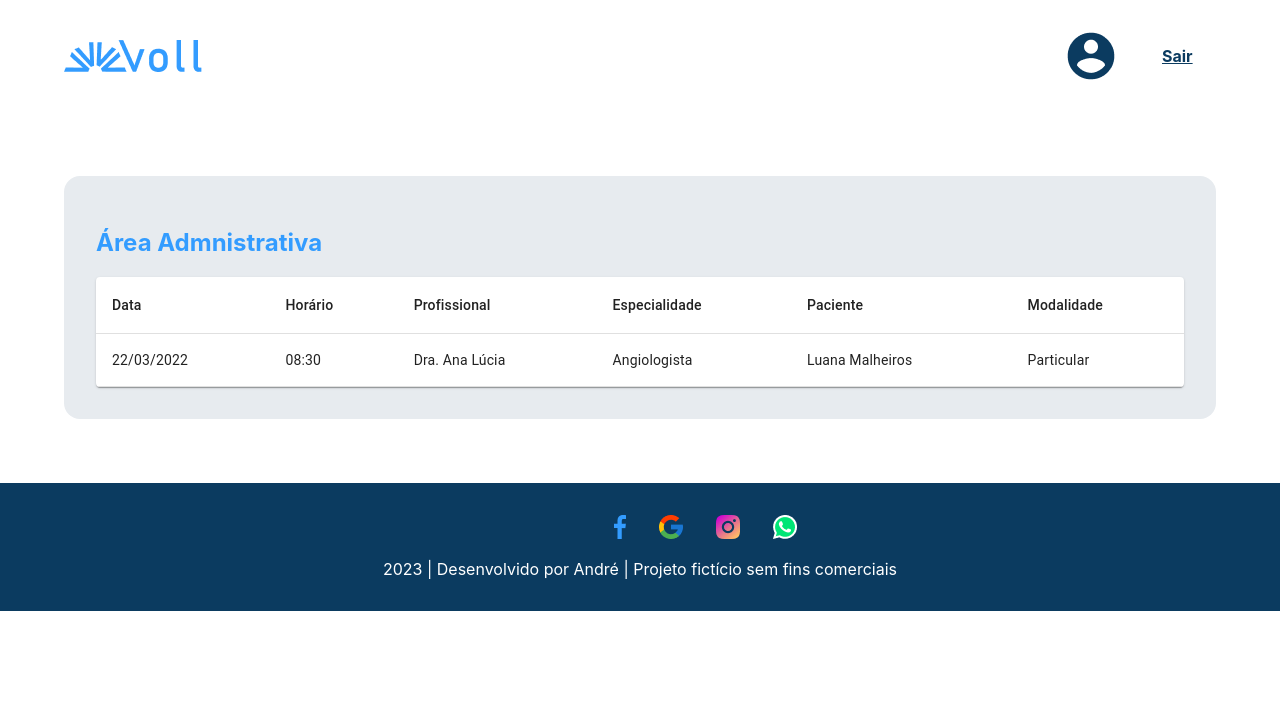
Repository: andrevff/voll-main
Page: /
An editor plug-in stored every save of this project. The page is shown before and after a run of saves, followed by the edit.
The browser window is 1280 px wide. The pictures show the whole page.
The project was rebuilt for these pictures with package versions that can differ from the ones it lists, and the page was loaded fresh each time. Requests to the local data server were answered from the project's data file. Also part of the build but not shown: src/App.css.

Above is the page before, as saved 2023-07-31 21:45:28.

### src/App.tsx
import './App.css';
import Cabecalho from './components/cabecalho';
import Container from './components/container';
import Rodape from './components/rodape';
import Tabela from './components/tabela';
import Titulo from './components/titulo';
import useDadosConsulta from './useDadosConsulta';

function App() {

  const {dados, erro} = useDadosConsulta()

  return (
    <>
      <Cabecalho />
      <Container>
        <Titulo>Área Admnistrativa</Titulo>
        <Tabela consultas={dados} />
      </Container>
      <Rodape />
    </>
  );
}

export default App;

### src/components/cabecalho/index.tsx
/* eslint-disable jsx-a11y/anchor-is-valid */
import styled from 'styled-components'
import logo from './assets/logo.png'
import perfil from './assets/perfil.png'

const CabecalhoEstilizado = styled.header`
    display: flex;
    align-items: center;
    justify-content: space-between;
    padding: 2em 4em;
`

const Container = styled.div`
    display: flex;
    align-items: center;
    justify-content: space-around;
    flex-grow: .1;
`

const LinkEstilizado = styled.a`
    color: var(--azul-escuro);
    font-weight: 700;
`

export default function Cabecalho(){
    return(
        <CabecalhoEstilizado>
            <img src={logo} alt="Logo da empresa Voll" />
            <Container>
                <img src={perfil} alt="Imagem de perfil do usuário" />
                <LinkEstilizado href="#">Sair</LinkEstilizado>
            </Container>
        </CabecalhoEstilizado>
    )

}

### src/components/container/index.tsx
import styled from "styled-components";

const Container = styled.section`
    background-color: var(--cinza-claro);
    margin: 4em;
    border-radius: 16px;
    padding: 2em;
    height: 100%;
`

export default Container

### src/components/rodape/index.tsx
/* eslint-disable jsx-a11y/anchor-has-content */
/* eslint-disable jsx-a11y/anchor-is-valid */
import styled from 'styled-components'
import facebook from './assets/facebook.png'
import google from './assets/google.png'
import instagram from './assets/instagram.png'
import whatsapp from './assets/whatsapp.png'

const RodapeEstilizado = styled.footer`
    height: 100%;
    color: white;
    padding: 1em;
    background-color: var(--azul-escuro);
    text-align: center;
`

const ListaEstilizada = styled.ul`
    display: flex;
    justify-content: space-around;
    width: 10%;
    margin: 1em auto;
`

const ItemEstilizado = styled.li`
    list-style-type: none;
    padding: 0 1em;
`

export default function Rodape(){
    return(
        <RodapeEstilizado>
            <ListaEstilizada>
                <ItemEstilizado>
                    <a href="#">
                        <img src={facebook} alt="Logo do Facebook" />
                    </a>
                </ItemEstilizado>
                <ItemEstilizado>
                    <a href="#">
                        <img src={google} alt="Logo do Google" />
                    </a>
                </ItemEstilizado>
                <ItemEstilizado>
                    <a href="#">
                        <img src={instagram} alt="Logo do Instagram" />
                    </a>
                </ItemEstilizado>
                <ItemEstilizado>
                    <a href="#">
                        <img src={whatsapp} alt="Logo do WhatsApp" />
                    </a>
                </ItemEstilizado>
            </ListaEstilizada>
            <p>2023 | Desenvolvido por André | Projeto fictício sem fins comerciais</p>
        </RodapeEstilizado>
    )
}

### src/components/tabela/index.tsx
import { Paper } from "@mui/material";
import TableContainer from "@mui/material/TableContainer/TableContainer";
import Table from "@mui/material/Table/Table";
import TableHead from "@mui/material/TableHead/TableHead";
import TableRow from "@mui/material/TableRow/TableRow";
import TableCell from "@mui/material/TableCell/TableCell";
import TableBody from "@mui/material/TableBody/TableBody";
import IConsulta from "../../types/IConsulta";

export default function Tabela({consultas} : {consultas : IConsulta[] | null}) {
    return(
        <>
            <TableContainer component = {Paper}>
                <Table sx={{minWidth: 700}} aria-label="tabela-customizada">
                    <TableHead>
                        <TableRow>
                            <TableCell>Data</TableCell>
                            <TableCell>Horário</TableCell>
                            <TableCell>Profissional</TableCell>
                            <TableCell>Especialidade</TableCell>
                            <TableCell>Paciente</TableCell>
                            <TableCell>Modalidade</TableCell>
                        </TableRow>
                    </TableHead>
                    <TableBody>
                        {consultas?.map((linha) => {

                        })}
                        <TableRow>
                            <TableCell component="th" scope="row">22/03/2022</TableCell>
                            <TableCell>08:30</TableCell>
                            <TableCell>Dra. Ana Lúcia</TableCell>
                            <TableCell>Angiologista</TableCell>
                            <TableCell>Luana Malheiros</TableCell>
                            <TableCell>Particular</TableCell>
                        </TableRow>
                    </TableBody>
                </Table>
            </TableContainer>
        </>
    )
}

### src/components/titulo/index.tsx
/* eslint-disable jsx-a11y/heading-has-content */
import avaliacao from './assets/avaliacao.png'
import grafico from './assets/grafico.png'
import consulta from './assets/consulta.png'
import React from 'react'
import styled from 'styled-components'

interface Props{
    imagem?: string,
    children?: React.ReactNode
}

interface IImagens{
    avaliacao: string,
    grafico: string,
    consulta: string
}

const SpanEstilizado = styled.span<Props>`
    background: no-repeat;
    background-position: center;
    background-size: cover;
    width: 25px;
    height: 25px;
    background-image: ${props => props.imagem ? `url(${props.imagem})` : 'none'};
`

const TituloEstilizado = styled.h2`
    color: var(--azul-claro);
`

const ContainerEstilizado = styled.div`
    display: flex;
    align-items: center;
`

export default function Titulo({ imagem, children }: Props){

    const listaDeImagens: IImagens = {
        avaliacao: avaliacao,
        grafico: grafico,
        consulta: consulta
    }

    return(
        <ContainerEstilizado>
            {imagem && <SpanEstilizado imagem={listaDeImagens[imagem as keyof IImagens]} />}
            <TituloEstilizado>{children}</TituloEstilizado>
        </ContainerEstilizado>
    )
}

### src/useDadosConsulta.ts
import IConsulta from "./types/IConsulta"
import useFetch from "./useFetch"

const useDadosConsulta = () => {
    return useFetch<IConsulta[]>({url: 'consultas'})
}

export default useDadosConsulta

### src/useFetch.ts
import { useEffect, useState } from "react";

export default function useFetch<T>({url} : {url : string}) {
    const [dados, setDados] = useState<T | null>(null)
    const [erro, setErro] = useState('')

    useEffect(() => {
        fetch(`http://localhost:8080/${url}`).then(
            resposta => resposta.json()
        ).then(dados => setDados(dados)).catch((erro => setErro(erro)))
    }, [url])

    return { dados, erro }
}

Loaded but not shown: public/index.html (common file); src/index.tsx (common file); src/index.css (common file); db.json (common file)

After the next 3 saves:
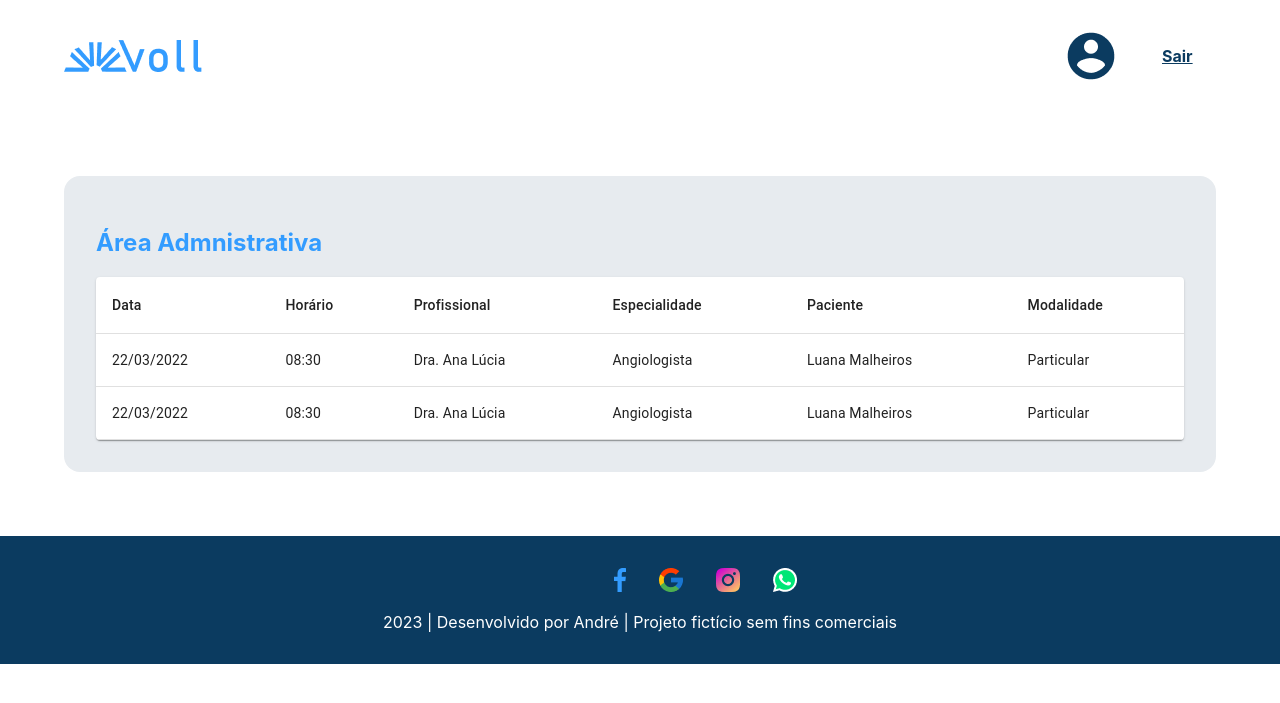
The 3 saves are shown as one change because 1 did not build or start and some came seconds apart.
The last was saved 39 s later.
--- a/src/components/tabela/index.tsx
+++ b/src/components/tabela/index.tsx
@@ -24,9 +24,8 @@ export default function Tabela({consultas} : {consultas : IConsulta[] | null}) {
                     </TableHead>
                     <TableBody>
                         {consultas?.map((linha) => {
-
-                        })}
-                        <TableRow>
+                            return(
+                                <TableRow>
                             <TableCell component="th" scope="row">22/03/2022</TableCell>
                             <TableCell>08:30</TableCell>
                             <TableCell>Dra. Ana Lúcia</TableCell>
@@ -34,6 +33,9 @@ export default function Tabela({consultas} : {consultas : IConsulta[] | null}) {
                             <TableCell>Luana Malheiros</TableCell>
                             <TableCell>Particular</TableCell>
                         </TableRow>
+                            )
+                        })}
+
                     </TableBody>
                 </Table>
             </TableContainer>
